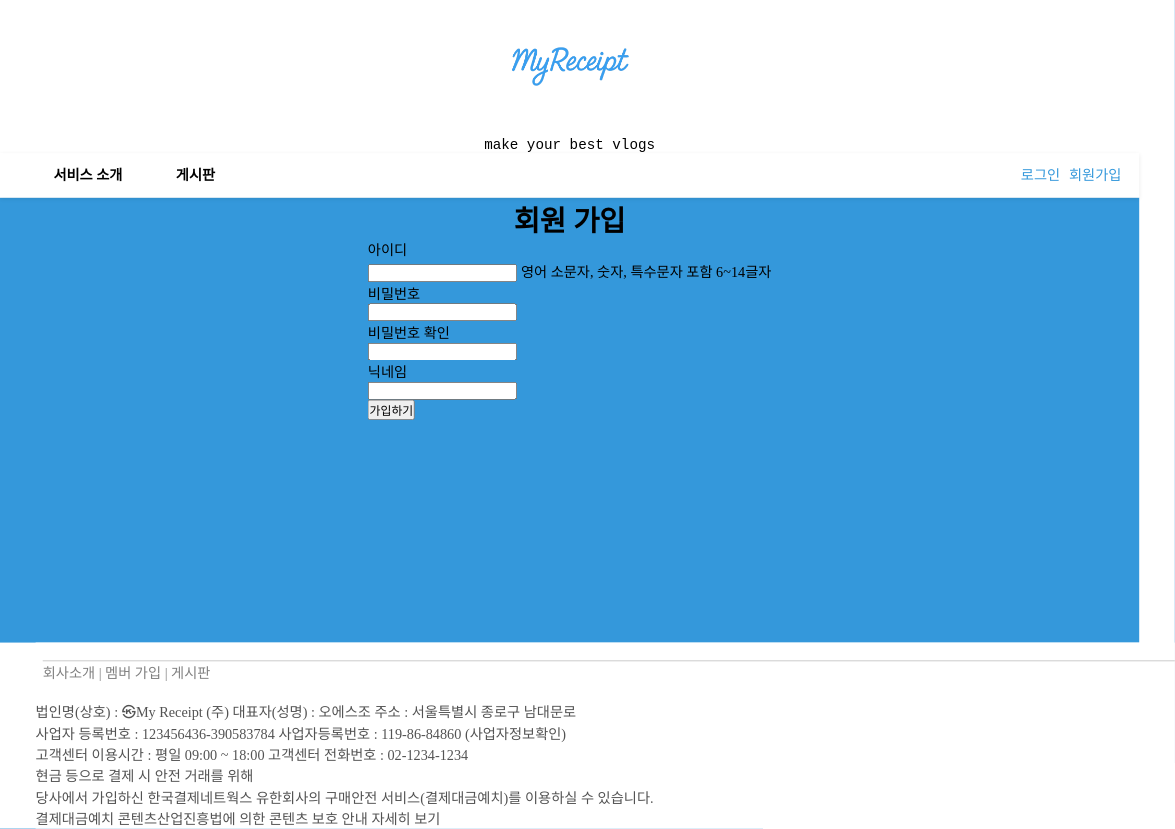
Repository: shong69/mini-project
Page: http://localhost/myReceipt2/signup
These files come from the project's save history. The page is drawn as it stood at one moment and after the next save; the edit follows.
The browser window is 1280 px wide. The page is 1320 px wide, so the pictures cover 1320 px, including what lies to the right of the window. The pictures show the whole page, at 89% of full size.
Some web fonts or font styles are not loaded; a fallback is used. The page is served by Tomcat 10. Other server files are loaded and not shown.

Above is the page before, as saved 2025-05-06 20:24:28.
Not found: jspProject/myReceipt2/myReceipt2/resources/js/signup.js

### jspProject/myReceipt2/src/main/webapp/WEB-INF/views/sign.jsp
<%@ page language="java" contentType="text/html; charset=UTF-8"
    pageEncoding="UTF-8"%>
<!DOCTYPE html>
<html>
<head>
<meta charset="UTF-8">
<title>Sign up</title>
<link rel="stylesheet" type="text/css" href="resources/css/main.css">
<script type="text/javascript" src="resources/js/signup.js"></script>
</head>
<body>
	<jsp:include page="/WEB-INF/views/common/header.jsp"></jsp:include>
	<main>
		<h1>회원 가입</h1>
		<form action= "/sign" method="post" class="signup-form" onsubmit="return validate()">
			<p>아이디</p>
			<input type="text" name="inputId" id="inputId" autocomplete="off" required>
			<span id="idMsg">영어 소문자, 숫자, 특수문자 포함 6~14글자</span>

			<p>비밀번호</p>
			<input type="password" name="inputPw" id="inputPw" required>

			<p>비밀번호 확인</p>
			<input type="password" name="inputPw2" id="inputPw2" required>
			<span id="pwMessage"></span>

			<p>닉네임</p>
			<input type="text" name="inputName" id="inputName" required>
			<span id="nameMessage"></span>
			<br>

			<button>가입하기</button>

		</form>
	</main>
	<jsp:include page="/WEB-INF/views/common/footer.jsp"></jsp:include>
</body>
</html>

### jspProject/myReceipt2/src/main/webapp/WEB-INF/views/common/header.jsp
<%@ page language="java" contentType="text/html; charset=UTF-8"
    pageEncoding="UTF-8"%>
<%@ taglib prefix="c" uri="http://java.sun.com/jsp/jstl/core" %>
	<div id="header">
		<a href="/myReceipt2/index"><img src="resources/imgs/logo.png" style="width:150px;"/></a>
		<p style="font-family: 'Courier New', Courier, monospace;">make your best vlogs</p>
	</div>
	<div id="nav-bar">
		<div id="menu">
			<a href="/myReceipt2/intro">서비스 소개</a>
			<a href="/myReceipt2/board">게시판</a>
		</div>
		<div id="loginSt">
			<c:choose>
				<c:when test="${not empty sessionScope.loginMember}">
					<p>${sessionScope.loginMember.nickName}님이 로그인 중</p>
					<a href="/myReceipt2/logout">로그아웃</a>

				</c:when>
				<c:otherwise>
					<a href="/myReceipt2/login">로그인</a>
					<a href="/myReceipt2/signup">회원가입</a>
				</c:otherwise>
			</c:choose>
		</div>

	</div>

### jspProject/myReceipt2/src/main/webapp/WEB-INF/views/common/footer.jsp
<%@ page language="java" contentType="text/html; charset=UTF-8"
    pageEncoding="UTF-8"%>
	<footer class="footer">
	    <section>
	        <div class="footer-nav">
	            <a href="/">회사소개 |</a>
	            <a href="/signup">멤버 가입 |</a>
	            <a href="/">게시판</a>
	        </div>
	    </section>
	    <section>
	        <div>
	            법인명(상호) : ㉿My Receipt (주) 대표자(성명) : 오에스조 주소 : 서울특별시 종로구 남대문로 <br>
	            사업자 등록번호 : 123456436-390583784  사업자등록번호 : 119-86-84860 (사업자정보확인)<br>
	            고객센터 이용시간 : 평일 09:00 ~ 18:00  고객센터 전화번호 : 02-1234-1234
	        </div>

	        <div>
	            현금 등으로 결제 시 안전 거래를 위해<br>
	            당사에서 가입하신 한국결제네트웍스 유한회사의 구매안전 서비스(결제대금예치)를 이용하실 수 있습니다.<br>
	            결제대금예치 콘텐츠산업진흥법에 의한 콘텐츠 보호 안내 자세히 보기
	        </div>
	    </section>
	</footer>

### jspProject/myReceipt2/src/main/java/com/project/jsp/controller/SignController.java
package com.project.jsp.controller;

import java.io.IOException;

import jakarta.servlet.ServletException;
import jakarta.servlet.http.HttpServlet;
import jakarta.servlet.http.HttpServletRequest;
import jakarta.servlet.http.HttpServletResponse;

public class SignController extends HttpServlet{
	@Override
	protected void doGet(HttpServletRequest req, HttpServletResponse resp) throws ServletException, IOException {
		req.getRequestDispatcher("/WEB-INF/views/sign.jsp").forward(req, resp);
	}
}

### jspProject/myReceipt2/src/main/webapp/resources/css/main.css
* {
	box-sizing: border-box;
	padding: 0;
	margin: 0;
	font-family: 'main';
}
/* 메인 폰트 */
@font-face {
	font-family: 'main';
	src:
		url('https://fastly.jsdelivr.net/gh/Project-Noonnu/noonfonts_2107@1.1/Pretendard-Regular.woff')
		format('woff');
	font-style: normal;
	font-weight: 400;
}

/*header*/
#header {
	width: 100%;
	text-align: center;
}

#header>div:first-child {
	margin-bottom: 15px;
}

#nav-bar {
	line-height: 50px;
	height: 50px;
	position: sticky;
	top: 0;
	left: 0;
	background-color: white;
	z-index: 1000;
	box-shadow: 0 2px 5px rgba(0, 0, 0, 0.1);
	display:flex;
	flex-direction:row;
}

#loginSt {
	margin-left:auto;
	margin-right:20px;
	display:flex;
	flex-direction:row;
}

#loginSt a {
	margin-left: 10px;
	color: #3498db;
	text-decoration: none;
}

#menu {
	margin-left:40px;
	display: flex;
	gap: 20px;
}

#menu a {
	text-decoration: none;
	color: black;
	font-weight: bold;
	padding: 0 20px;
	border-radius:15px;
	position: relative;
	overflow: hidden;
	transition: background-color 0.5s ease;
}

#menu a:hover {
	background-color: #335085;
	animation-duration: 2s;
	color: whitesmoke;
}

main {
	background-color: #3498db;
	display: flex;
	flex-direction: column;
	align-items: center;
	min-height:500px;
}

.section-title {
	font-size: 3.5rem;
	margin: 100px 0 70px 0;
}

#carousel {
	width: 90%;
	height: 300px;
	background-color: #ddd;
	margin-top: 20px;
}
/*footer*/
.footer {
	background-color: white;
	width: 100%;
	height: auto;
	display: flex;
	flex-direction: column;
	padding-top: 20px;
	margin: 0 40px;
}

.footer>section:first-child {
	border-top: 1px solid #c5c5c5;
	display: flex;
	flex-direction: row;
	margin-left: 8px;
}

.footer>section a {
	color: gray;
	text-decoration: none;
}

.footer>section:nth-child(2) {
	padding-top: 20px;
	color: rgb(83, 83, 83);
}

After the next save:
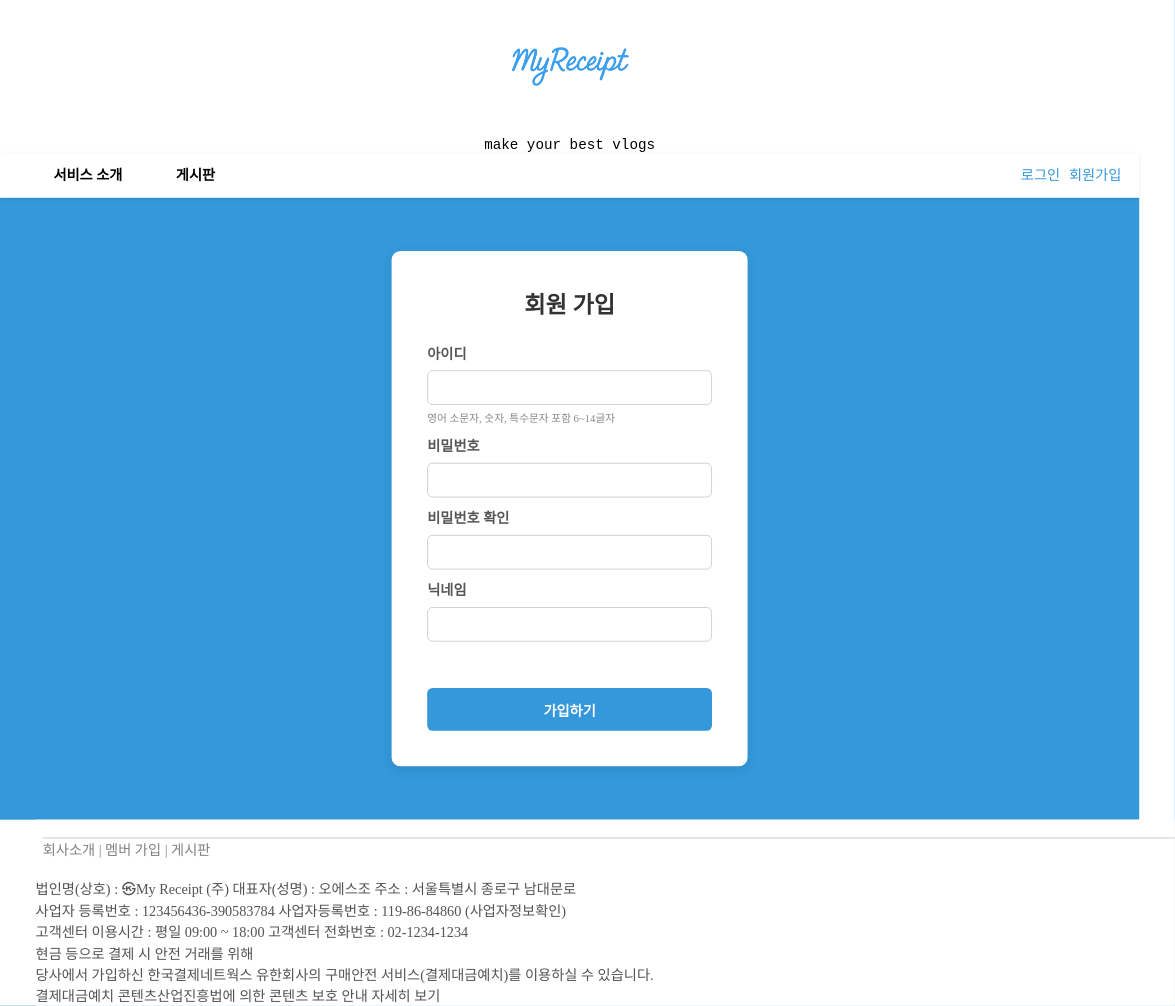
Saved 4 min 49 s later.
--- a/jspProject/myReceipt2/src/main/webapp/WEB-INF/views/sign.jsp
+++ b/jspProject/myReceipt2/src/main/webapp/WEB-INF/views/sign.jsp
@@ -6,13 +6,92 @@
 <meta charset="UTF-8">
 <title>Sign up</title>
 <link rel="stylesheet" type="text/css" href="resources/css/main.css">
-<script type="text/javascript" src="resources/js/signup.js"></script>
+<style>
+/* 전체 폼 컨테이너 스타일 */
+.signup-form {
+    width: 100%;
+    max-width: 400px;
+    margin: 60px auto;
+    padding: 40px;
+    background-color: #fff;
+    border-radius: 10px;
+    box-shadow: 0 4px 12px rgba(0, 0, 0, 0.1);
+    box-sizing: border-box;
+    font-family: 'Segoe UI', sans-serif;
+}
+
+/* 제목 */
+.signup-form h2 {
+    font-size: 26px;
+    margin-bottom: 25px;
+    color: #333;
+    text-align: center;
+}
+
+/* 라벨용 p 태그 */
+.signup-form p {
+    margin: 10px 0 5px;
+    font-weight: bold;
+    color: #555;
+}
+
+/* 입력창 */
+.signup-form input[type="text"],
+.signup-form input[type="password"] {
+    width: 100%;
+    padding: 10px;
+    margin-top: 3px;
+    border: 1px solid #ccc;
+    border-radius: 6px;
+    font-size: 15px;
+    box-sizing: border-box;
+    transition: border 0.3s;
+}
+
+.signup-form input:focus {
+    border-color: #3498db;
+    outline: none;
+}
+
+/* 메시지 출력용 span */
+.signup-form span {
+    display: block;
+    margin-top: 5px;
+    font-size: 12px;
+    color: #888;
+}
+
+/* 메시지 강조 색 (비밀번호 불일치 등) */
+#pwMessage, #nameMessage, #idMsg {
+    font-size: 12px;
+}
+
+/* 버튼 스타일 */
+.signup-form button {
+    width: 100%;
+    padding: 12px;
+    margin-top: 25px;
+    background-color: #3498db;
+    color: white;
+    border: none;
+    border-radius: 6px;
+    font-size: 16px;
+    font-weight: bold;
+    cursor: pointer;
+    transition: background-color 0.3s;
+}
+
+.signup-form button:hover {
+    background-color: #2980b9;
+}
+
+</style>
 </head>
 <body>
 	<jsp:include page="/WEB-INF/views/common/header.jsp"></jsp:include>
 	<main>
-		<h1>회원 가입</h1>
 		<form action= "/sign" method="post" class="signup-form" onsubmit="return validate()">
+			<h2>회원 가입</h2>
 			<p>아이디</p>
 			<input type="text" name="inputId" id="inputId" autocomplete="off" required>
 			<span id="idMsg">영어 소문자, 숫자, 특수문자 포함 6~14글자</span>
